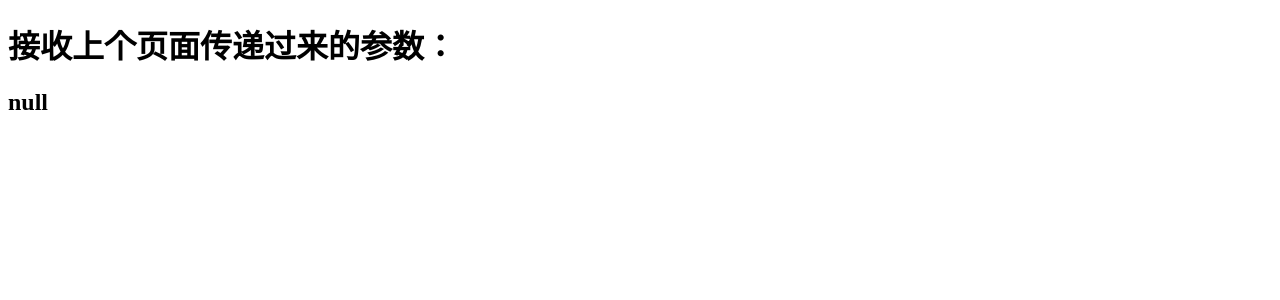
Repository: frankstar007/java
Page: http://localhost/Servlet_Study/jspfragments/Inc.jsp
The author's editor kept a copy of each file at every save. The page is drawn from the files as they stood at one save, then again after the next save.
The browser window is 1280 px wide. The pictures show the whole page.
The page is served by Tomcat 9. Nobody is signed in. The application's start-up code is not run. Other server files are loaded and not shown.

Above is the page before, as saved 2016-05-03 09:49:53.

### Servlet_Study/WebContent/jspfragments/Inc.jsp
<%@ page language="java" contentType="text/html; charset=UTF-8"
    pageEncoding="UTF-8"%>
<!DOCTYPE html PUBLIC "-//W3C//DTD HTML 4.01 Transitional//EN" "http://www.w3.org/TR/html4/loose.dtd">
<html>
<head>
<meta http-equiv="Content-Type" content="text/html; charset=UTF-8">
<title>Insert title here</title>
</head>
<body>
	<h1>接收上个页面传递过来的参数：</h1>
	<h2><%=request.getParameter("parm1") %></h2>
</body>
</html>

After the next save:
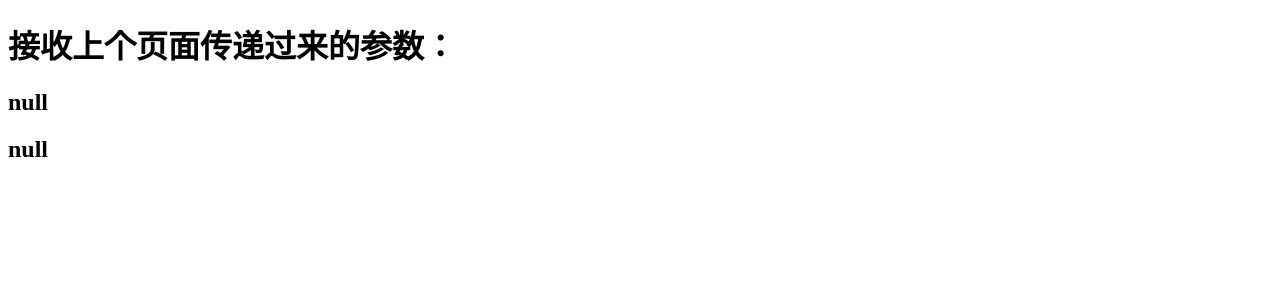
Saved 22 s later.
--- a/Servlet_Study/WebContent/jspfragments/Inc.jsp
+++ b/Servlet_Study/WebContent/jspfragments/Inc.jsp
@@ -9,5 +9,6 @@
 <body>
 	<h1>接收上个页面传递过来的参数：</h1>
 	<h2><%=request.getParameter("parm1") %></h2>
+	<h2><%=request.getParameter("parm2") %></h2>
 </body>
 </html>
